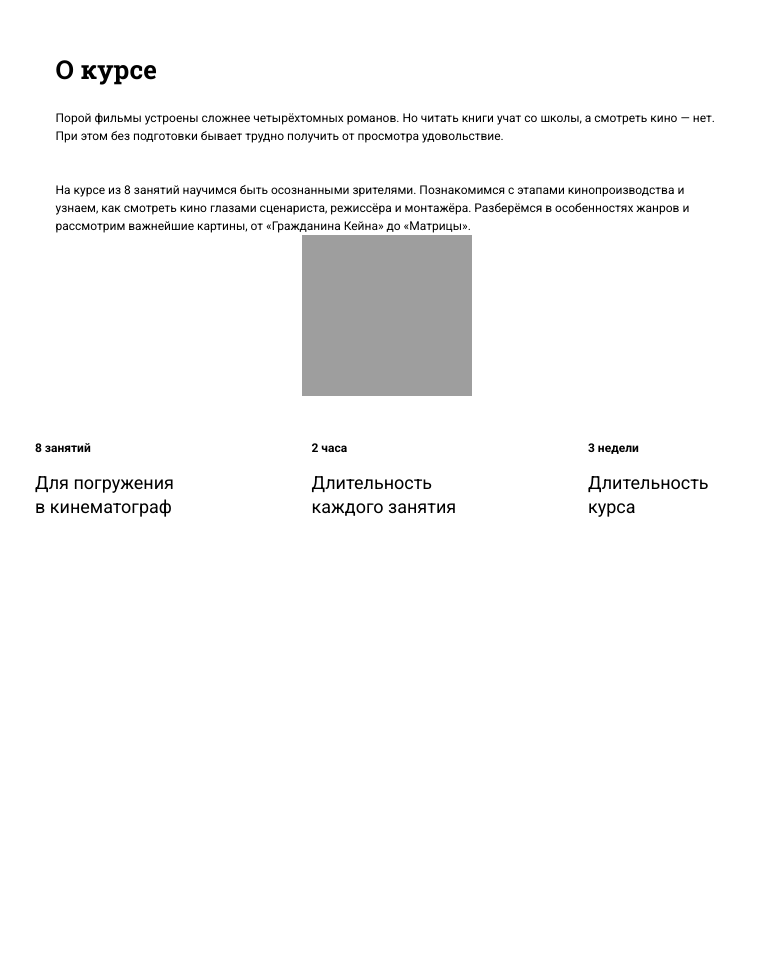
Repository: PoladEziz/Task1
Page: index.html
An editor plug-in stored every save of this project. The page is shown before and after the next save, followed by the edit.
The browser window is 768 px wide. The pictures show the whole page.
Pictures or frames that could not be fetched are drawn as grey boxes.

Above is the page before, as saved 2023-04-27 17:59:09.

After the next save:
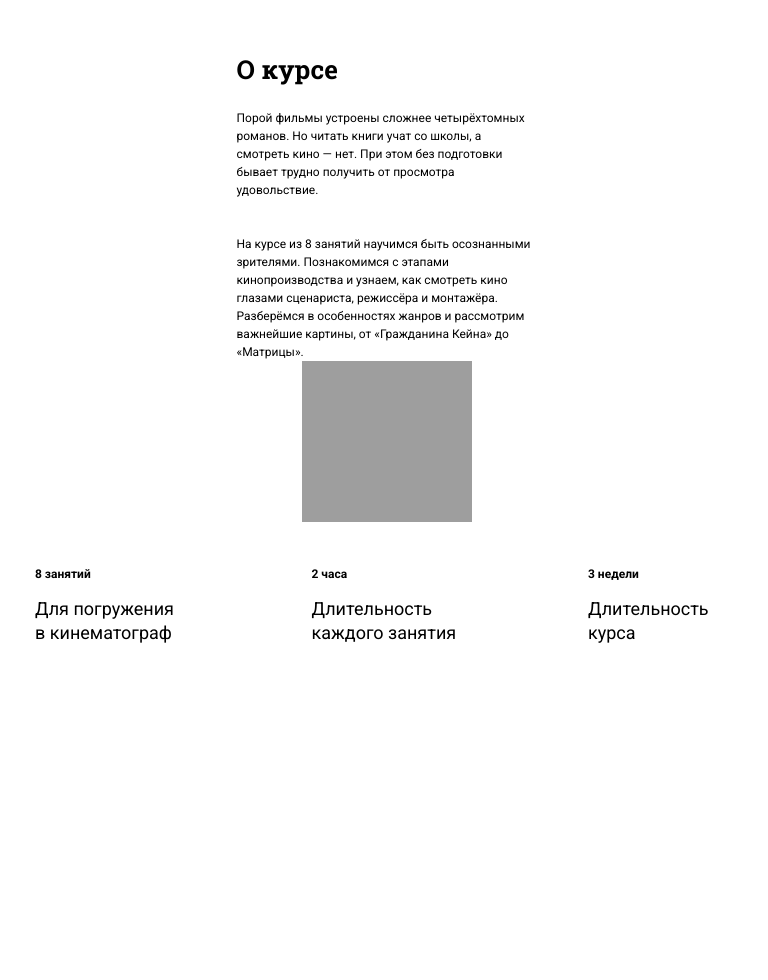
Saved 24 s later.
--- a/index.css
+++ b/index.css
@@ -119,7 +119,7 @@
   .box-1 {
     flex-direction: column;
   }
-  .box .text{
+  .box-1 .text{
     width: 300px;
   }
   .box-1 img {

After the save that followed:
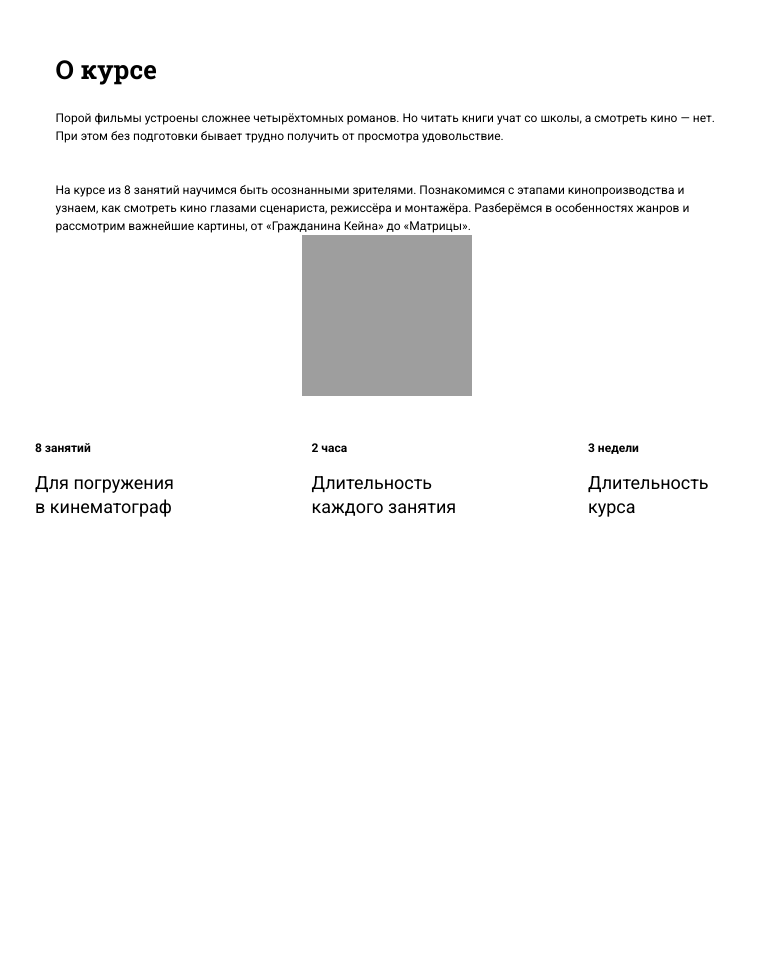
Saved 4 s later.
--- a/index.css
+++ b/index.css
@@ -120,7 +120,7 @@
     flex-direction: column;
   }
   .box-1 .text{
-    width: 300px;
+    width: ;
   }
   .box-1 img {
     width: 170px;
